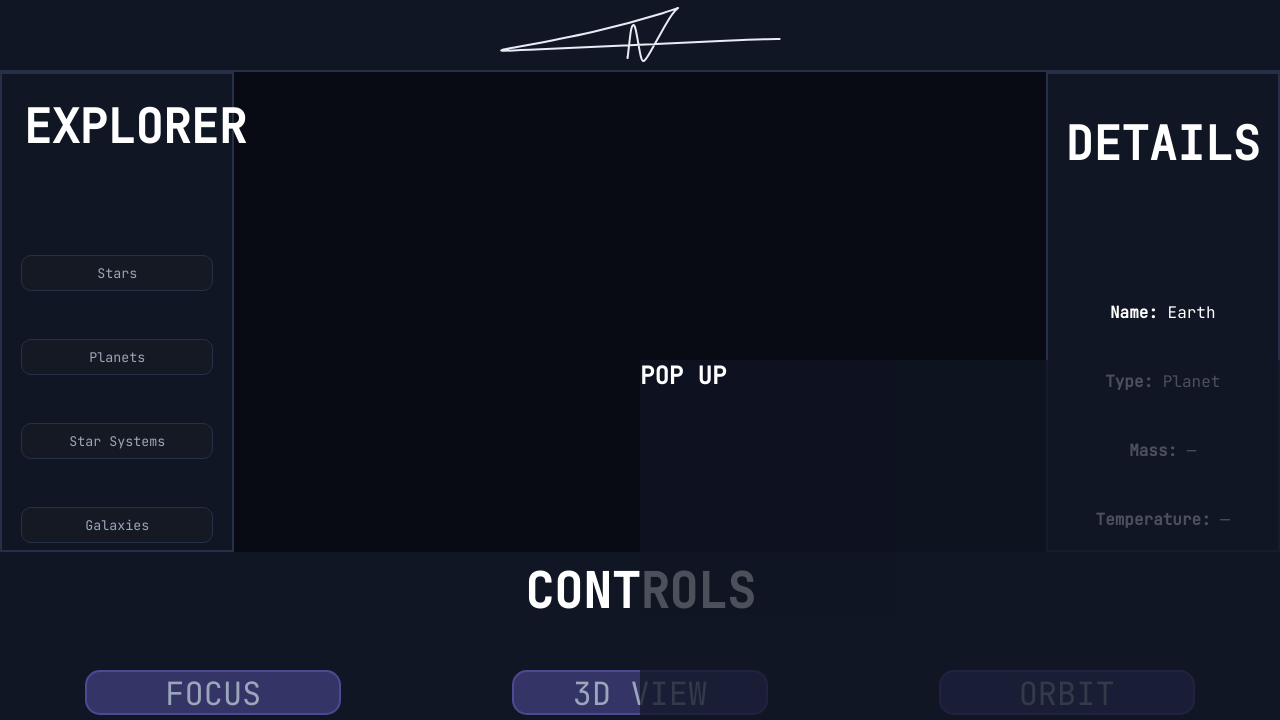
Repository: nico-madruga/Universe
Page: front-end/html/index.html
An editor plug-in stored every save of this project. The page is shown before and after the next save, followed by the edit.
The browser window is 1280 px wide. The pictures show the whole page.
After loading, the first visible `#stars-button` was clicked once.

Above is the page before, as saved 2026-09-29 21:15:51.

After the next save:
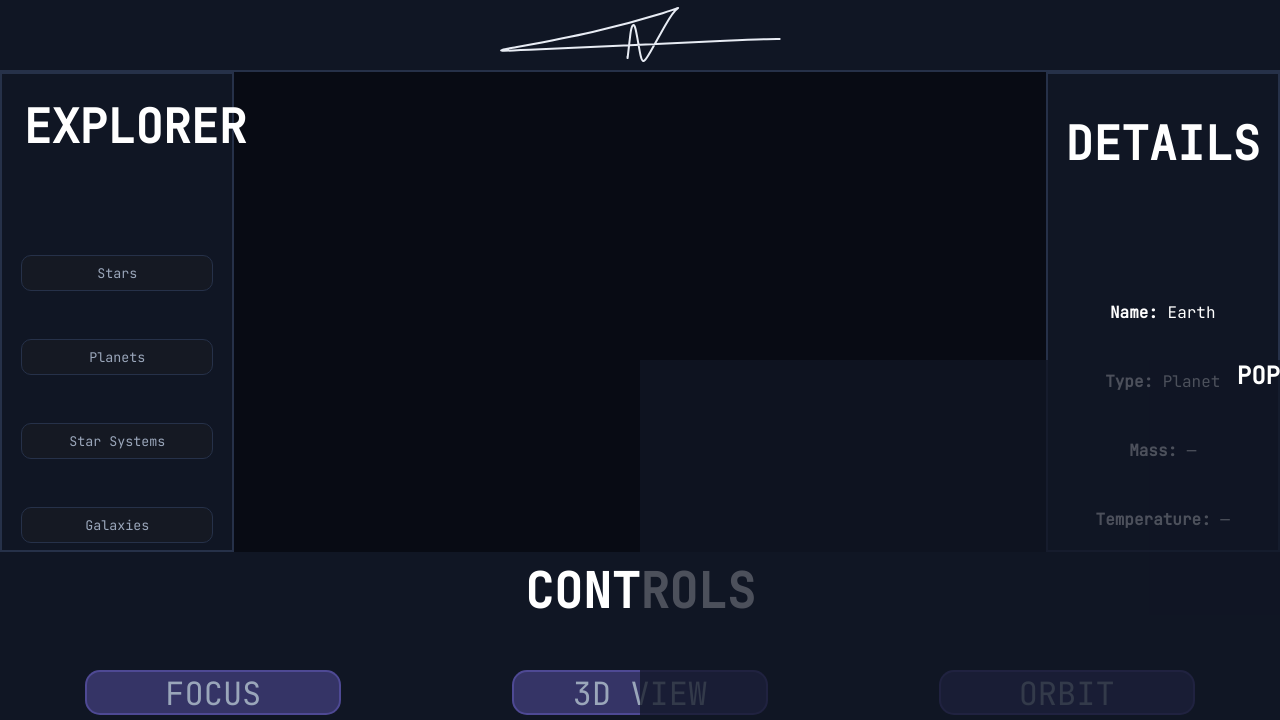
Saved 6 s later.
--- a/front-end/css/style.css
+++ b/front-end/css/style.css
@@ -187,7 +187,7 @@ body
     background-color: var(--backgroundf-color);
     width: 100vw;
     height: 100vh;
-    text-align: center;
+    justify-content: center;
     top: 50%;
     left: 50%;
 }
